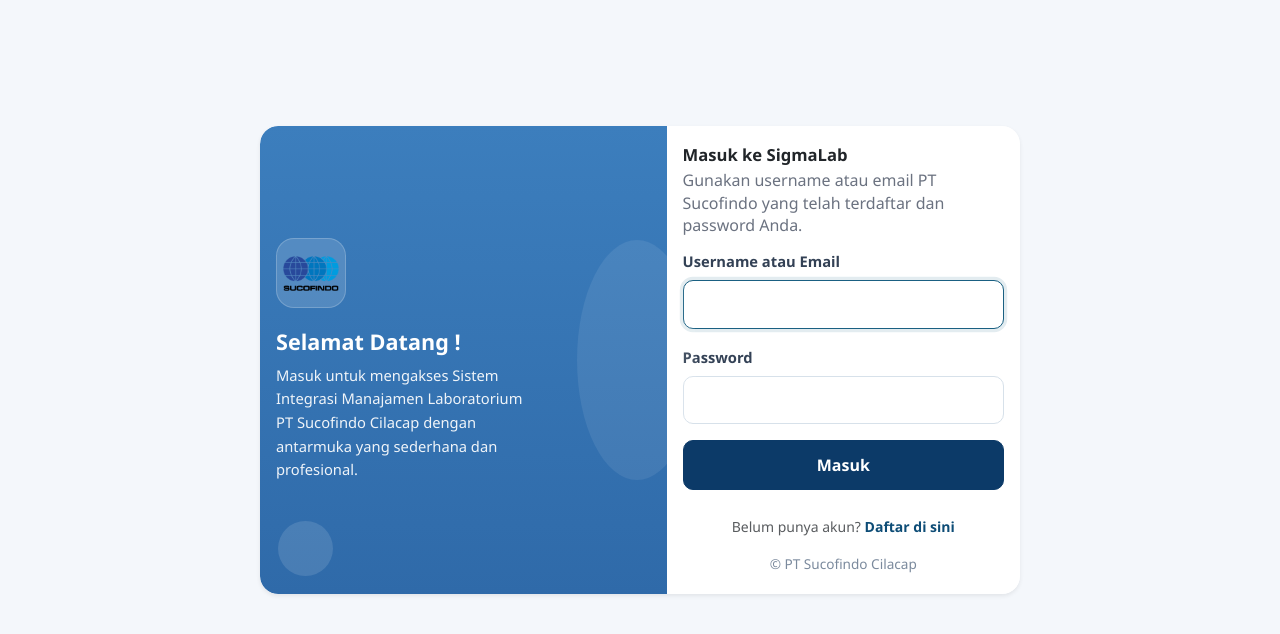
Repository: amelianeesa/sigmalab
Page: http://localhost/login
The author's editor kept a copy of each file at every save. The page is drawn from the files as they stood at one save, then again after the next save.
The browser window is 1280 px wide. The pictures show the whole page.
The page is served by the project's Laravel application, run on PHP 8.4 with Laravel 12. Other server files are loaded and not shown.

Above is the page before, as saved 2026-08-06 08:59:06.

### routes/web.php
<?php

use Illuminate\Support\Facades\Route;
use App\Http\Controllers\AuthController;
use App\Http\Controllers\SdmController;

Route::get('/', [AuthController::class, 'showLogin']);
Route::get('/login', [AuthController::class, 'showLogin'])->name('login');
Route::post('/login', [AuthController::class, 'processLogin'])->name('login.process');

Route::get('/register', [AuthController::class, 'showRegister'])->name('register');
Route::post('/register', [AuthController::class, 'processRegister'])->name('register.process');

Route::post('/logout', [AuthController::class, 'logout'])->name('logout');

Route::middleware(['auth'])->group(function () {

    Route::get('/dashboard', function () {
        return view('dashboard-index');
    })->name('dashboard');

    Route::get('/sdm', [SdmController::class, 'index'])->name('sdm.index');
    Route::get('/sdm/create', [SdmController::class, 'create'])->name('sdm.create');
    Route::post('/sdm', [SdmController::class, 'store'])->name('sdm.store');
    Route::get('/sdm/{id}/edit', [SdmController::class, 'edit'])->name('sdm.edit');
    Route::put('/sdm/{id}', [SdmController::class, 'update'])->name('sdm.update');
    Route::delete('/sdm/{id}', [SdmController::class, 'destroy'])->name('sdm.destroy');

    Route::get('/sdm/{id}/kompetensi', [SdmController::class, 'kompetensiDetail'])->name('sdm.kompetensi.detail');
    Route::get('/sdm/{id}/cv', [SdmController::class, 'showCv'])->name('sdm.cv');
});

### app/Http/Controllers/AuthController.php
<?php

namespace App\Http\Controllers;

use Illuminate\Http\Request;
use Illuminate\Support\Facades\Auth;
use Illuminate\Support\Facades\Hash;
use App\Models\User;
use App\Models\Role;
use App\Models\Personil;

class AuthController extends Controller
{
    public function showLogin()
    {
        return view('auth.login');
    }

    public function processLogin(Request $request)
    {
        $credentials = $request->validate([
            'username' => ['required'],
            'password' => ['required'],
        ]);

        $fieldType = filter_var($request->username, FILTER_VALIDATE_EMAIL) ? 'email' : 'username';

        if (Auth::attempt([$fieldType => $request->username, 'password' => $request->password])) {
            $user = Auth::user();
            if ($user->status_aktif == 1) {
                $request->session()->regenerate();
                return redirect()->intended('/dashboard');
            } else {
                Auth::logout();
                return back()->withErrors(['username' => 'Akun Anda non-aktif. Hubungi Admin.']);
            }
        }

        return back()->withErrors(['username' => 'Username/Email atau Password salah.']);
    }

    public function showRegister()
    {
        $roles = Role::all();
        $personil = Personil::all();
        return view('auth.register', compact('roles', 'personil'));
    }

    public function processRegister(Request $request)
    {
        $request->validate([
            'username'    => 'required|string|max:50|unique:users',
            'email'       => 'required|string|email|max:100|unique:users',
            'password'    => 'required|string|min:6',
            'role_id'     => 'required|exists:roles,roles_id',
            'personil_id' => 'nullable|exists:personil,personil_id', // Ditambahkan validasi aman
        ]);

        User::create([
            'personil_id' => !empty($request->personil_id) ? $request->personil_id : null,
            'username'    => $request->username,
            'email'       => $request->email,
            'password'    => Hash::make($request->password),
            'role_id'     => $request->role_id,
            'status_aktif'=> 1
        ]);

        return redirect('/login')->with('success', 'Registrasi berhasil! Silakan login.');
    }

    public function logout(Request $request)
    {
        Auth::logout();
        $request->session()->invalidate();
        $request->session()->regenerateToken();
        return redirect('/login');
    }
}

### resources/views/auth/login.blade.php
<!DOCTYPE html>
<html lang="id">
<head>
    <meta charset="UTF-8">
    <title>Login - SIGMALAB Sucofindo</title>
    <link href="https://cdn.jsdelivr.net/npm/bootstrap@5.3.0/dist/css/bootstrap.min.css" rel="stylesheet">
    <style>
        body {
            min-height: 100vh;
            margin: 0;
            background-color: #f4f7fb;
            color: #1f2a37;
            font-family: "Segoe UI", Arial, sans-serif;
        }

        .auth-card {
            border: none;
            border-radius: 18px;
            box-shadow: 0 10px 20px rgba(15, 35, 59, 0.08);
            overflow: hidden;
            margin: auto;
            background: transparent;
            max-width: 760px;
        }

        .auth-row {
            display: grid;
            grid-template-columns: 1.15fr 1fr;
            min-height: 280px;
            background: #ffffff;
            border-radius: 18px;
            overflow: hidden;
        }

        .auth-side {
            position: relative;
            padding: 1rem 1rem;
            background: linear-gradient(180deg, #3c7ebd 0%, #2f6aa9 100%);
            color: #ffffff;
            display: flex;
            flex-direction: column;
            justify-content: center;
            gap: 0.55rem;
        }

        .auth-side::before {
            content: "";
            position: absolute;
            right: -30px;
            top: 50%;
            transform: translateY(-50%);
            width: 120px;
            height: 240px;
            background: rgba(255,255,255,0.08);
            border-radius: 50%;
        }

        .auth-side::after {
            content: "";
            position: absolute;
            left: 18px;
            bottom: 18px;
            width: 55px;
            height: 55px;
            background: rgba(255,255,255,0.12);
            border-radius: 50%;
        }

        .auth-side h3 {
            font-size: 1.35rem;
            margin: 0;
            font-weight: 700;
        }

        .auth-side p {
            font-size: 0.92rem;
            line-height: 1.6;
            max-width: 260px;
            opacity: 0.92;
            margin: 0;
        }

        .auth-logo-box {
            width: 70px;
            height: 70px;
            background: rgba(255,255,255,0.14);
            border-radius: 18px;
            border: 1px solid rgba(255,255,255,0.2);
            overflow: hidden;
            display: flex;
            align-items: center;
            justify-content: center;
            margin-bottom: 0.75rem;
        }

        .auth-logo-box img {
            width: 56px;
            height: 56px;
            object-fit: contain;
        }

        .auth-form-panel {
            padding: 1.2rem 1rem;
            display: flex;
            flex-direction: column;
            justify-content: center;
            background: #ffffff;
        }

        .auth-form-panel h4 {
            font-size: 1.04rem;
            margin-bottom: 0.25rem;
            font-weight: 700;
        }

        .auth-form-panel p {
            color: #6b7280;
            margin-bottom: 0.8rem;
            line-height: 1.4;
        }

        .form-label {
            color: #334155;
            font-size: 0.92rem;
            font-weight: 600;
        }

        .form-control,
        .form-select {
            border: 1px solid #d7e1ea;
            border-radius: 10px;
            padding: 0.7rem 0.85rem;
            color: #1f2a37;
            background-color: #ffffff;
        }

        .form-control:focus,
        .form-select:focus {
            border-color: #1a6082;
            box-shadow: 0 0 0 0.2rem rgba(26, 96, 130, 0.12);
        }

        .btn-auth {
            background: #0c3a68;
            border: 1px solid #0c3a68;
            border-radius: 10px;
            padding: 0.75rem 0.95rem;
            font-weight: 700;
            color: #ffffff;
            transition: all 0.2s ease;
        }

        .btn-auth:hover {
            background: #0a2a4b;
            border-color: #0a2a4b;
        }

        .auth-link {
            color: #0d4c76;
            font-weight: 600;
            text-decoration: none;
        }

        .auth-link:hover {
            color: #0b3d5d;
            text-decoration: underline;
        }

        .auth-footer {
            margin-top: 1rem;
            color: #7b8a9d;
            font-size: 0.85rem;
            text-align: center;
        }
    </style>
</head>
<body class="d-flex align-items-center py-4">
    <div class="container py-5">
        <div class="card auth-card shadow-sm">
            <div class="auth-row">
                <div class="auth-side">
                    <div class="auth-logo-box">
                        <img src="{{ asset('images/logo.png') }}" alt="Logo Perusahaan">
                    </div>
                    <h3>Selamat Datang !</h3>
                    <p>Masuk untuk mengakses Sistem Integrasi Manajamen Laboratorium PT Sucofindo Cilacap dengan antarmuka yang sederhana dan profesional.</p>
                </div>
                <div class="auth-form-panel">
                    <h4>Masuk ke SigmaLab</h4>
                    <p>Gunakan username atau email PT Sucofindo yang telah terdaftar dan password Anda.</p>

                    @if(session('success'))
                        <div class="alert alert-success rounded-3">{{ session('success') }}</div>
                    @endif
                    @if($errors->any())
                        <div class="alert alert-danger rounded-3">{{ $errors->first() }}</div>
                    @endif

                    <form action="{{ route('login.process') }}" method="POST">
                        @csrf
                        <div class="mb-3">
                            <label class="form-label">Username atau Email</label>
                            <input type="text" name="username" class="form-control" value="{{ old('username') }}" required autofocus>
                        </div>
                        <div class="mb-3">
                            <label class="form-label">Password</label>
                            <input type="password" name="password" class="form-control" required>
                        </div>
                        <button type="submit" class="btn btn-auth w-100">Masuk</button>
                    </form>

                    <div class="text-center mt-4">
                        <small class="text-muted">Belum punya akun? <a href="{{ route('register') }}" class="auth-link">Daftar di sini</a></small>
                    </div>
                    <div class="auth-footer">© PT Sucofindo Cilacap</div>
                </div>
            </div>
        </div>
    </div>
</body>
</html>

Loaded but not shown: app/Http/Controllers/Controller.php (common file)

After the next save:
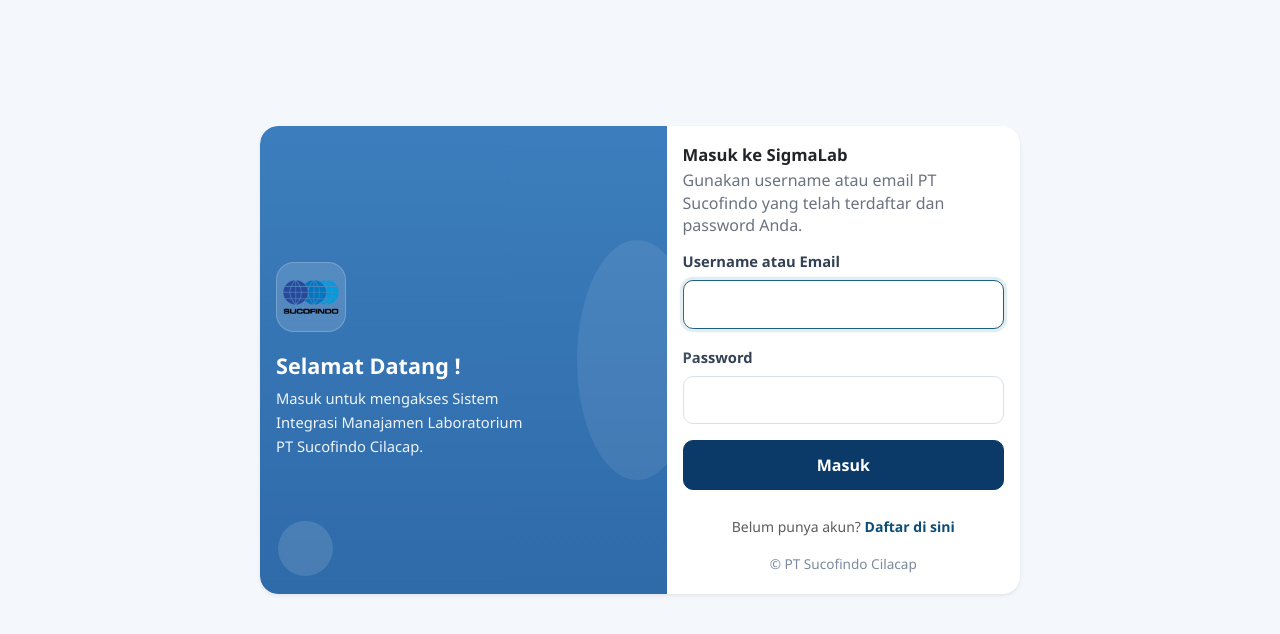
Saved 11 s later.
--- a/resources/views/auth/login.blade.php
+++ b/resources/views/auth/login.blade.php
@@ -183,7 +183,7 @@
                         <img src="{{ asset('images/logo.png') }}" alt="Logo Perusahaan">
                     </div>
                     <h3>Selamat Datang !</h3>
-                    <p>Masuk untuk mengakses Sistem Integrasi Manajamen Laboratorium PT Sucofindo Cilacap dengan antarmuka yang sederhana dan profesional.</p>
+                    <p>Masuk untuk mengakses Sistem Integrasi Manajamen Laboratorium PT Sucofindo Cilacap.</p>
                 </div>
                 <div class="auth-form-panel">
                     <h4>Masuk ke SigmaLab</h4>
